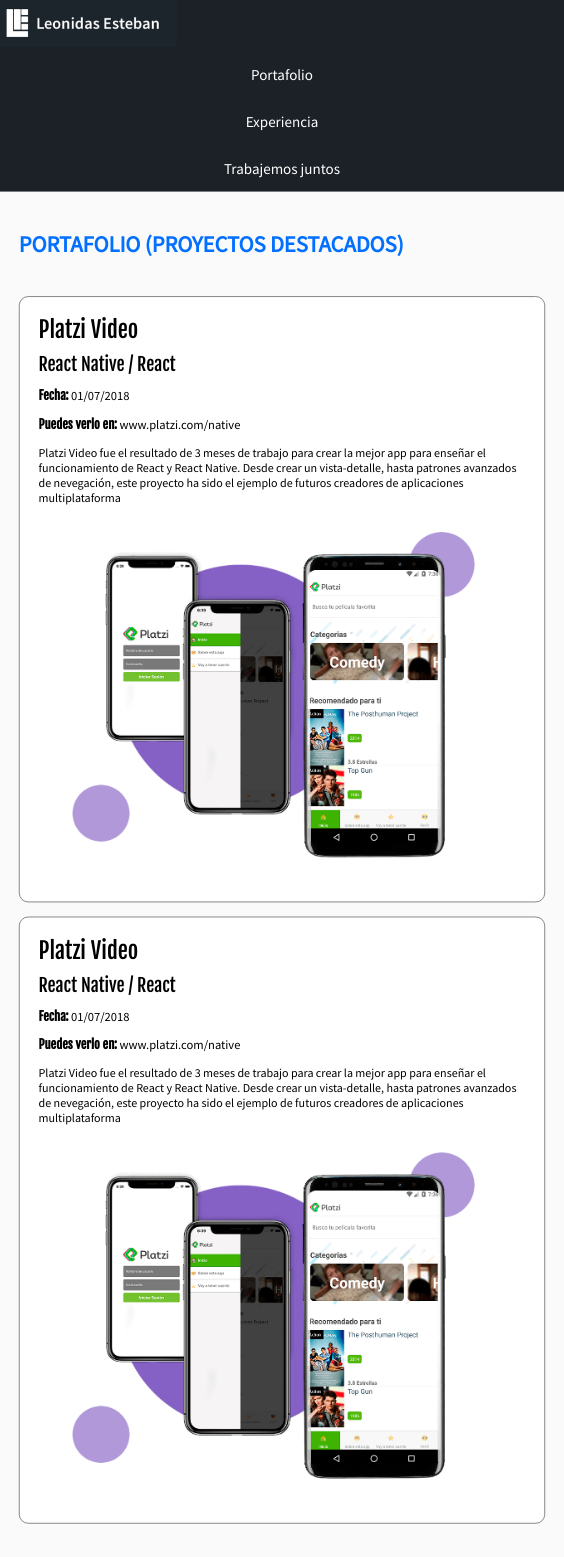
Repository: joseLozanoTamayo/web-desing
Page: desarrollo-web-portafolio/index.html
These files come from the project's save history. The page is drawn as it stood at one moment and after the next save; the edit follows.
The browser window is 600 px wide. The pictures show the whole page, at 94% of full size.

Above is the page before, as saved 2019-04-21 22:37:16.

After the next save:
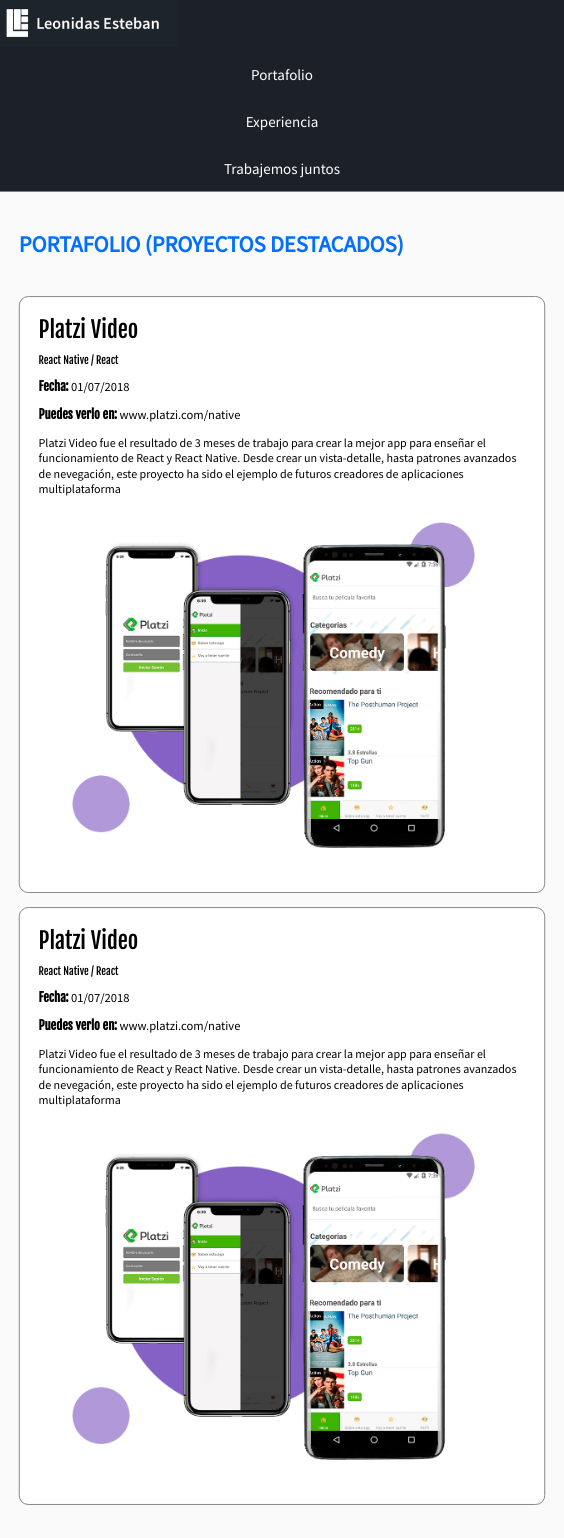
Saved 8 s later.
--- a/desarrollo-web-portafolio/css/estilos.css
+++ b/desarrollo-web-portafolio/css/estilos.css
@@ -385,7 +385,7 @@
   }
 
   .project-course {
-    font-size: 1.2em;
+    font-size: .7em;
   }
 
   .project-date {
